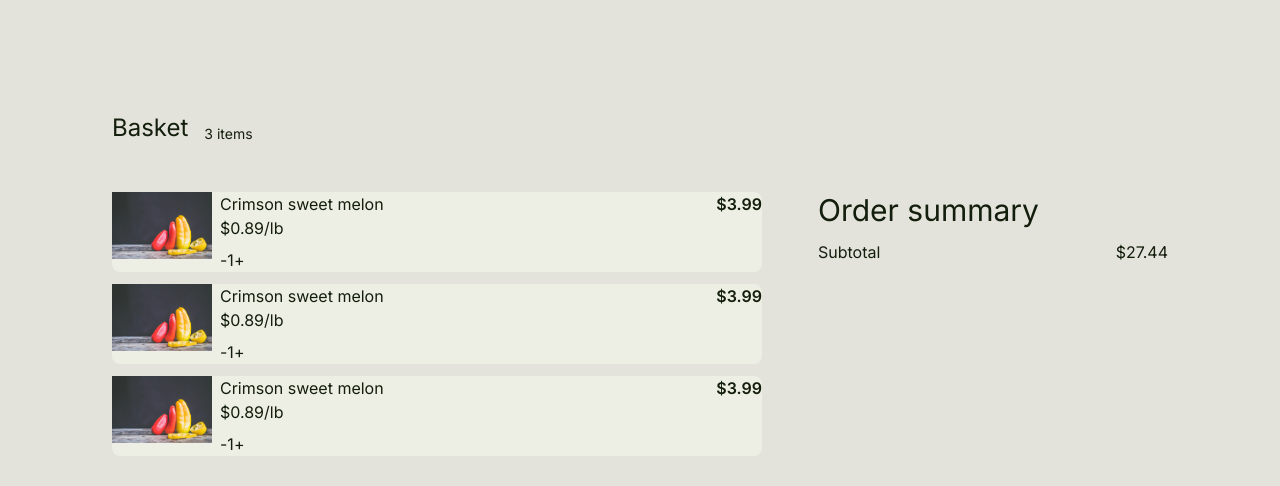
Repository: wswiselife/CSS
Page: / (app in figma-20240618/)
These files come from the project's save history. The page is drawn as it stood at one moment and after the next save; the edit follows.
The browser window is 1280 px wide. The pictures show the part of the page from y = 1280 to 1766 px (the page is 1766 px tall).
Some web fonts or font styles are not loaded; a fallback is used. The project was rebuilt for these pictures with package versions that can differ from the ones it lists, and the page was loaded fresh each time. The framework's server and built-in components were replaced by stand-ins that run in the browser. Also part of the build but not shown: figma-20240618/next.config.mjs, figma-20240618/app/components/navbar/UserItem.tsx.

Above is the page before, as saved 2024-06-19 07:27:19.

After the next save:
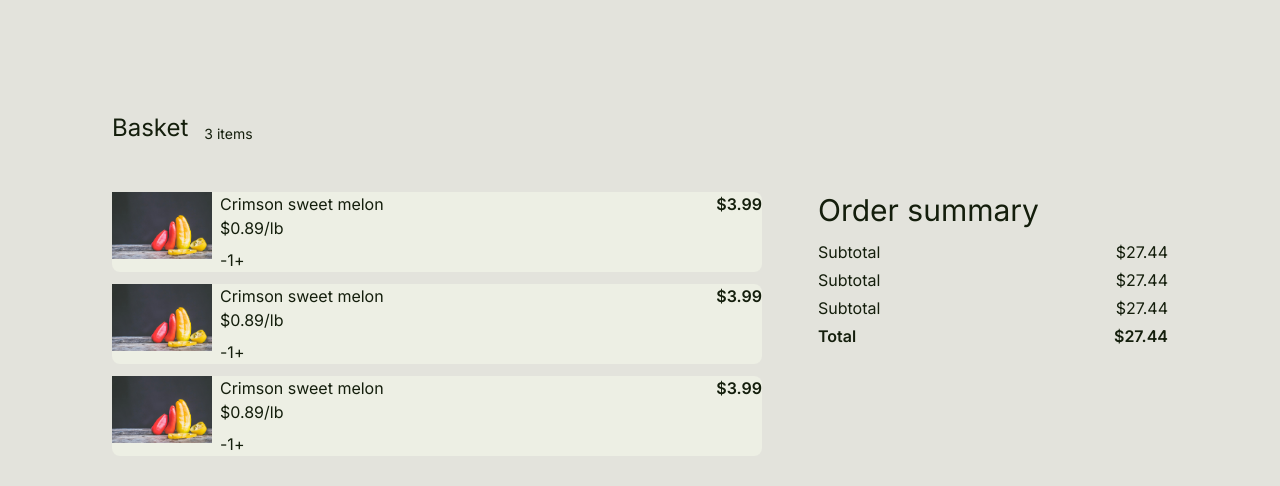
Saved 43 s later.
--- a/figma-20240618/app/components/Basket.tsx
+++ b/figma-20240618/app/components/Basket.tsx
@@ -65,6 +65,18 @@
                             <p>Subtotal</p>
                             <p>${27.44}</p>
                         </div>
+                        <div className="flex justify-between items-center">
+                            <p>Subtotal</p>
+                            <p>${27.44}</p>
+                        </div>
+                        <div className="flex justify-between items-center">
+                            <p>Subtotal</p>
+                            <p>${27.44}</p>
+                        </div>
+                        <div className="flex justify-between items-center font-semibold">
+                            <p>Total</p>
+                            <p>${27.44}</p>
+                        </div>
                     </div>
 
                 </div>
